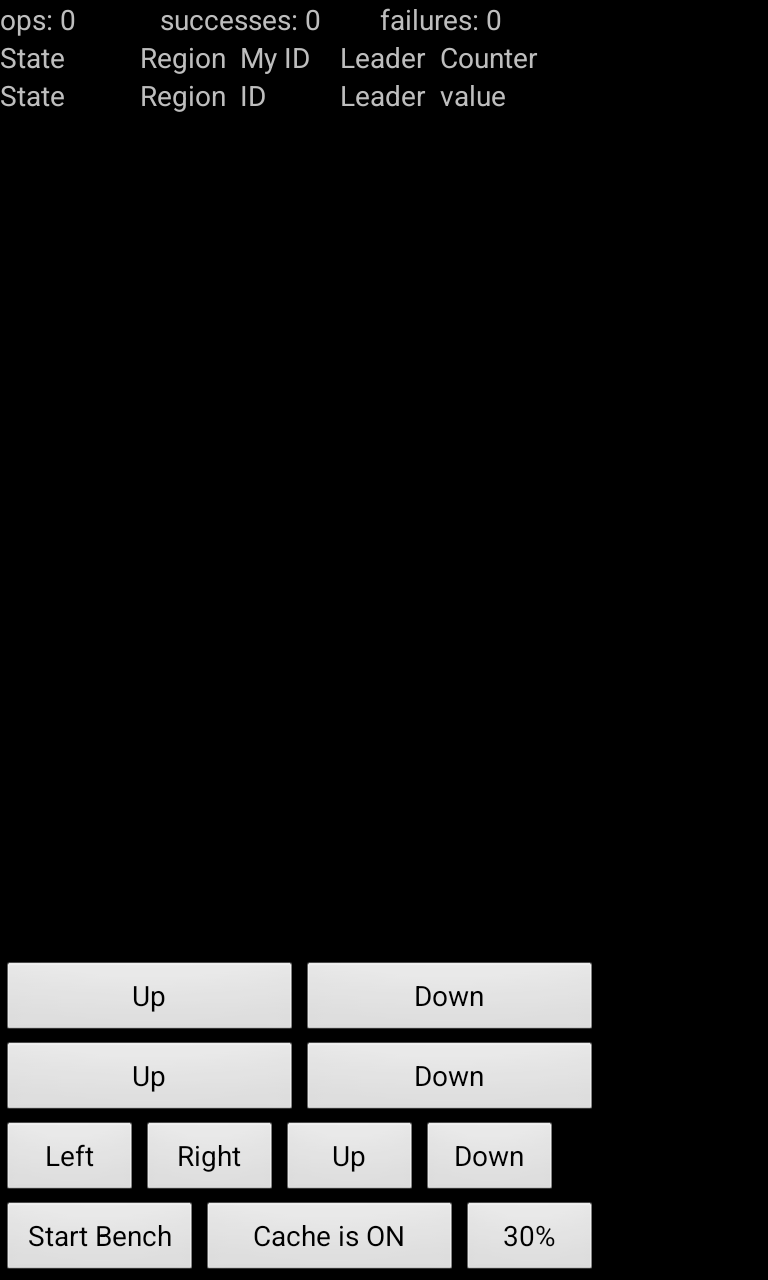
Repository: jasongao/csmcode
Layout: current/workspace/VNConsistent/res/layout/main.xml
The author's editor kept a copy of each file at every save. The layout is drawn from the files as they stood at one save, then again after the next save.
It is drawn on a 768 x 1280 px phone screen (xhdpi) without system bars, with theme android:Theme; the app's code is not run. Lists and similar views that code fills are empty.

Above is the layout before, as saved 2011-07-17 15:36:31.

### current/workspace/VNConsistent/res/layout/main.xml
<?xml version="1.0" encoding="utf-8"?>
<LinearLayout xmlns:android="http://schemas.android.com/apk/res/android"
	android:orientation="vertical" android:layout_width="fill_parent"
	android:layout_height="fill_parent">

	<LinearLayout android:layout_width="match_parent"
		android:layout_height="wrap_content" android:id="@+id/CountInfoLayout">
		<TextView android:text="ops: 0" android:layout_height="wrap_content"
			android:id="@+id/opcount_tv" android:layout_width="80dip"></TextView>
		<TextView android:text="successes: 0" android:layout_height="wrap_content"
			android:id="@+id/successcount_tv" android:layout_width="110dip"></TextView>
		<TextView android:text="failures: 0" android:layout_height="wrap_content"
			android:id="@+id/failurecount_tv" android:layout_width="90dip"></TextView>
	</LinearLayout>

	<LinearLayout android:layout_width="match_parent"
		android:layout_height="wrap_content" android:id="@+id/StatusHeadingLayout">
		<TextView android:text="State" android:id="@+id/TextView04"
			android:layout_height="wrap_content" android:layout_width="70dip"></TextView>
		<TextView android:text="Region" android:layout_width="50dip"
			android:id="@+id/TextView03" android:layout_height="wrap_content"></TextView>
		<TextView android:text="My ID" android:layout_width="50dip"
			android:id="@+id/TextView01" android:layout_height="wrap_content"></TextView>
		<TextView android:layout_height="wrap_content"
			android:layout_width="50dip" android:text="Leader" android:id="@+id/TextView05"></TextView>
		<TextView android:text="Counter" android:layout_height="wrap_content"
			android:id="@+id/TextView06" android:layout_width="75dip"></TextView>
	</LinearLayout>
	<LinearLayout android:layout_width="match_parent"
		android:layout_height="wrap_content" android:id="@+id/StatusInfoLayout">
		<TextView android:text="State" android:layout_height="wrap_content"
			android:id="@+id/state_tv" android:layout_width="70dip"></TextView>
		<TextView android:text="Region" android:layout_height="wrap_content"
			android:layout_width="50dip" android:id="@+id/region_tv"></TextView>
		<TextView android:text="ID" android:layout_width="50dip"
			android:id="@+id/id_tv" android:layout_height="wrap_content"></TextView>
		<TextView android:layout_height="wrap_content"
			android:layout_width="50dip" android:text="Leader" android:id="@+id/leader_tv"></TextView>
		<TextView android:layout_height="wrap_content"
			android:layout_width="75dip" android:text="value" android:id="@+id/csm_tv"></TextView>
	</LinearLayout>

	<ListView android:id="@+id/msgList" android:layout_width="fill_parent"
		android:layout_height="fill_parent" android:stackFromBottom="true"
		android:transcriptMode="alwaysScroll" android:layout_weight="1">
	</ListView>

	<LinearLayout android:layout_width="fill_parent"
		android:orientation="horizontal" android:layout_height="wrap_content"
		android:id="@+id/RegionButton1Layout">
		<Button android:text="Up" android:id="@+id/up_button"
			android:layout_width="150dip" android:layout_height="40dip" />
		<Button android:text="Down" android:id="@+id/down_button"
			android:layout_width="150dip" android:layout_height="40dip" />
	</LinearLayout>

	<LinearLayout android:layout_width="fill_parent"
		android:orientation="horizontal" android:layout_height="wrap_content"
		android:id="@+id/RegionButton2Layout">
		<Button android:text="Up" android:id="@+id/up_button"
			android:layout_width="150dip" android:layout_height="40dip" />
		<Button android:text="Down" android:id="@+id/down_button"
			android:layout_width="150dip" android:layout_height="40dip" />
	</LinearLayout>

	<LinearLayout android:layout_width="fill_parent"
		android:orientation="horizontal" android:layout_height="wrap_content"
		android:id="@+id/RegionButtonLayout">
		<Button android:text="Left" android:id="@+id/left_button"
			android:layout_width="70dip" android:layout_height="40dip" />
		<Button android:text="Right" android:id="@+id/right_button"
			android:layout_width="70dip" android:layout_height="40dip" />
		<Button android:text="Up" android:id="@+id/up_button"
			android:layout_width="70dip" android:layout_height="40dip" />
		<Button android:text="Down" android:id="@+id/down_button"
			android:layout_width="70dip" android:layout_height="40dip" />
	</LinearLayout>

	<LinearLayout android:layout_width="fill_parent"
		android:orientation="horizontal" android:layout_height="wrap_content"
		android:id="@+id/TestButtonsLayout">
		<Button android:text="Start Bench" android:layout_width="100dip"
			android:id="@+id/switchbench_button" android:layout_height="40dip"></Button>
		<Button android:layout_width="130dip" android:text="Cache is ON"
			android:id="@+id/cache_button" android:layout_height="40dip"></Button>
		<Button android:text="30%" android:id="@+id/distribution_button"
			android:layout_height="40dip" android:layout_width="70dip"></Button>
	</LinearLayout>

</LinearLayout>

After the next save:
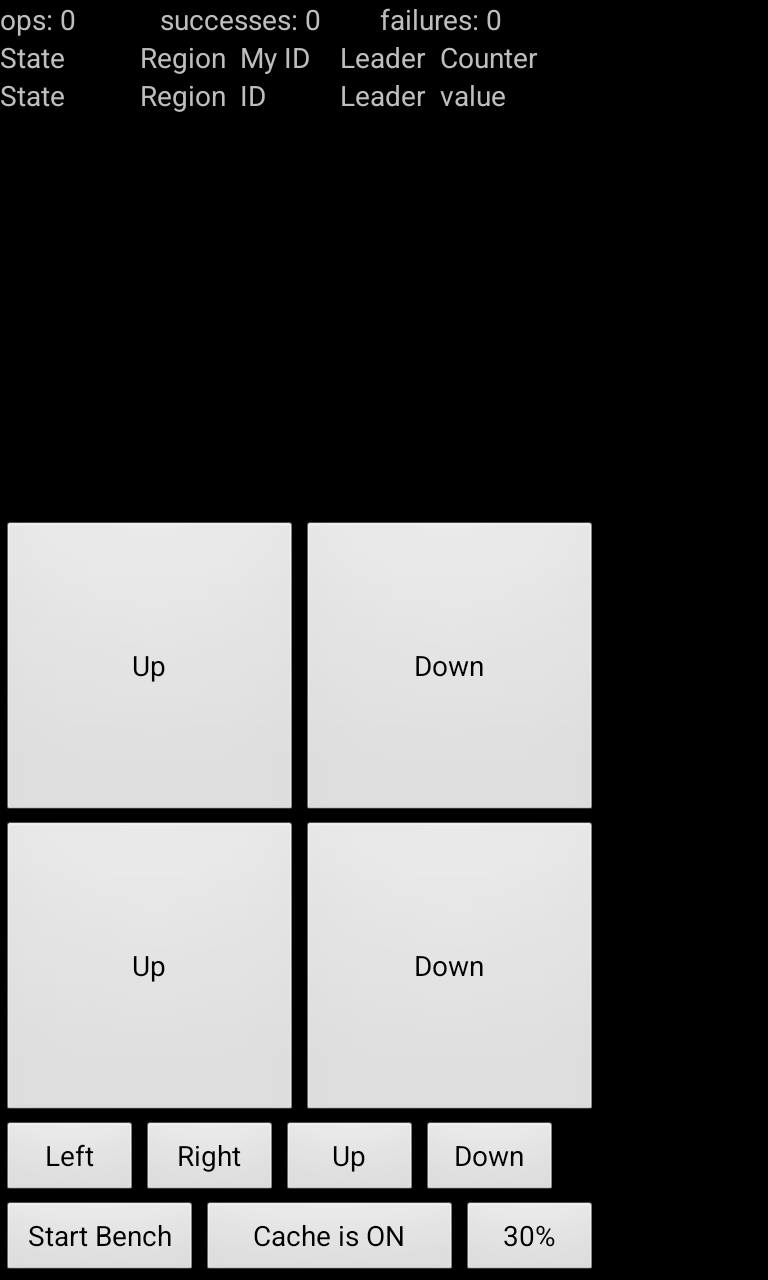
Saved 16 s later.
--- a/current/workspace/VNConsistent/res/layout/main.xml
+++ b/current/workspace/VNConsistent/res/layout/main.xml
@@ -49,18 +49,18 @@
 		android:orientation="horizontal" android:layout_height="wrap_content"
 		android:id="@+id/RegionButton1Layout">
 		<Button android:text="Up" android:id="@+id/up_button"
-			android:layout_width="150dip" android:layout_height="40dip" />
+			android:layout_width="150dip" android:layout_height="150dip" />
 		<Button android:text="Down" android:id="@+id/down_button"
-			android:layout_width="150dip" android:layout_height="40dip" />
+			android:layout_width="150dip" android:layout_height="150dip" />
 	</LinearLayout>
 
 	<LinearLayout android:layout_width="fill_parent"
 		android:orientation="horizontal" android:layout_height="wrap_content"
 		android:id="@+id/RegionButton2Layout">
 		<Button android:text="Up" android:id="@+id/up_button"
-			android:layout_width="150dip" android:layout_height="40dip" />
+			android:layout_width="150dip" android:layout_height="150dip" />
 		<Button android:text="Down" android:id="@+id/down_button"
-			android:layout_width="150dip" android:layout_height="40dip" />
+			android:layout_width="150dip" android:layout_height="150dip" />
 	</LinearLayout>
 
 	<LinearLayout android:layout_width="fill_parent"
